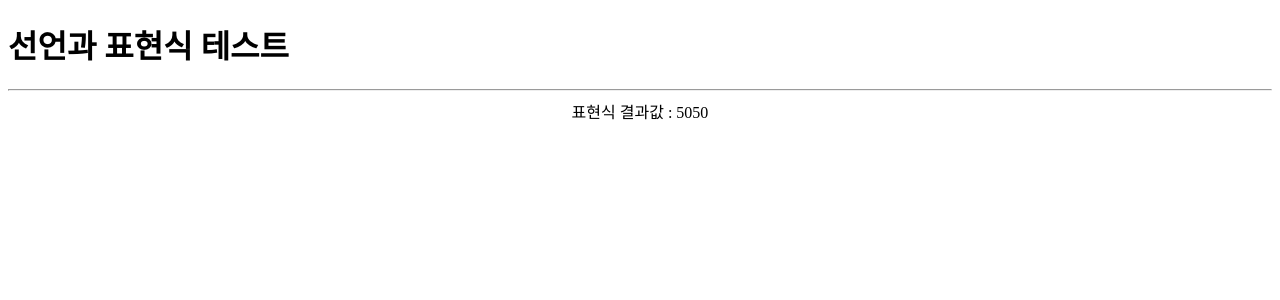
Repository: HyeonbinSa/JSPBook
Page: http://localhost/jspbook/ch05/scriptlet.jsp
The author's editor kept a copy of each file at every save. The page is drawn from the files as they stood at one save, then again after the next save.
The browser window is 1280 px wide. The pictures show the whole page.
The page is served by Tomcat 9. Other server files are loaded and not shown.

Above is the page before, as saved 2020-01-02 08:12:17.

### jspbook/WebContent/ch05/scriptlet.jsp
<%@ page language="java" contentType="text/html; charset=UTF-8"
    pageEncoding="UTF-8"%>
<%!
	int sum = 0;
	public int sum(){
		for(int i = 1; i<=100 ; i++){
			sum += i;
		}
		return sum;
	}
%>
<!DOCTYPE html>
<html>
<head>
<meta charset="UTF-8">
<title>선언과 표현식</title>
</head>
<body>
<h1>선언과 표현식 테스트</h1>
<hr>
<div align="center">
표현식 결과값 : <%= sum() %>
</div>
</body>
</html>

After the next save:
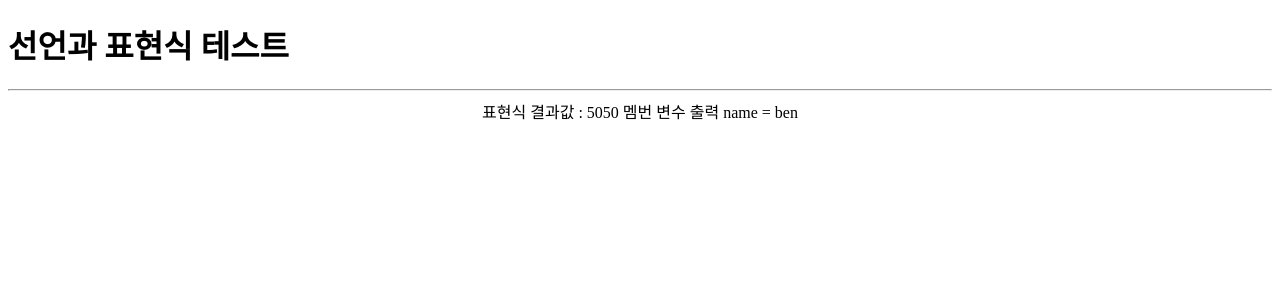
Saved 98 s later.
--- a/jspbook/WebContent/ch05/scriptlet.jsp
+++ b/jspbook/WebContent/ch05/scriptlet.jsp
@@ -2,6 +2,7 @@
     pageEncoding="UTF-8"%>
 <%!
 	int sum = 0;
+	String name = "ben";
 	public int sum(){
 		for(int i = 1; i<=100 ; i++){
 			sum += i;
@@ -20,6 +21,7 @@
 <hr>
 <div align="center">
 표현식 결과값 : <%= sum() %>
+멤번 변수 출력 name = <%= name %>
 </div>
 </body>
 </html>
